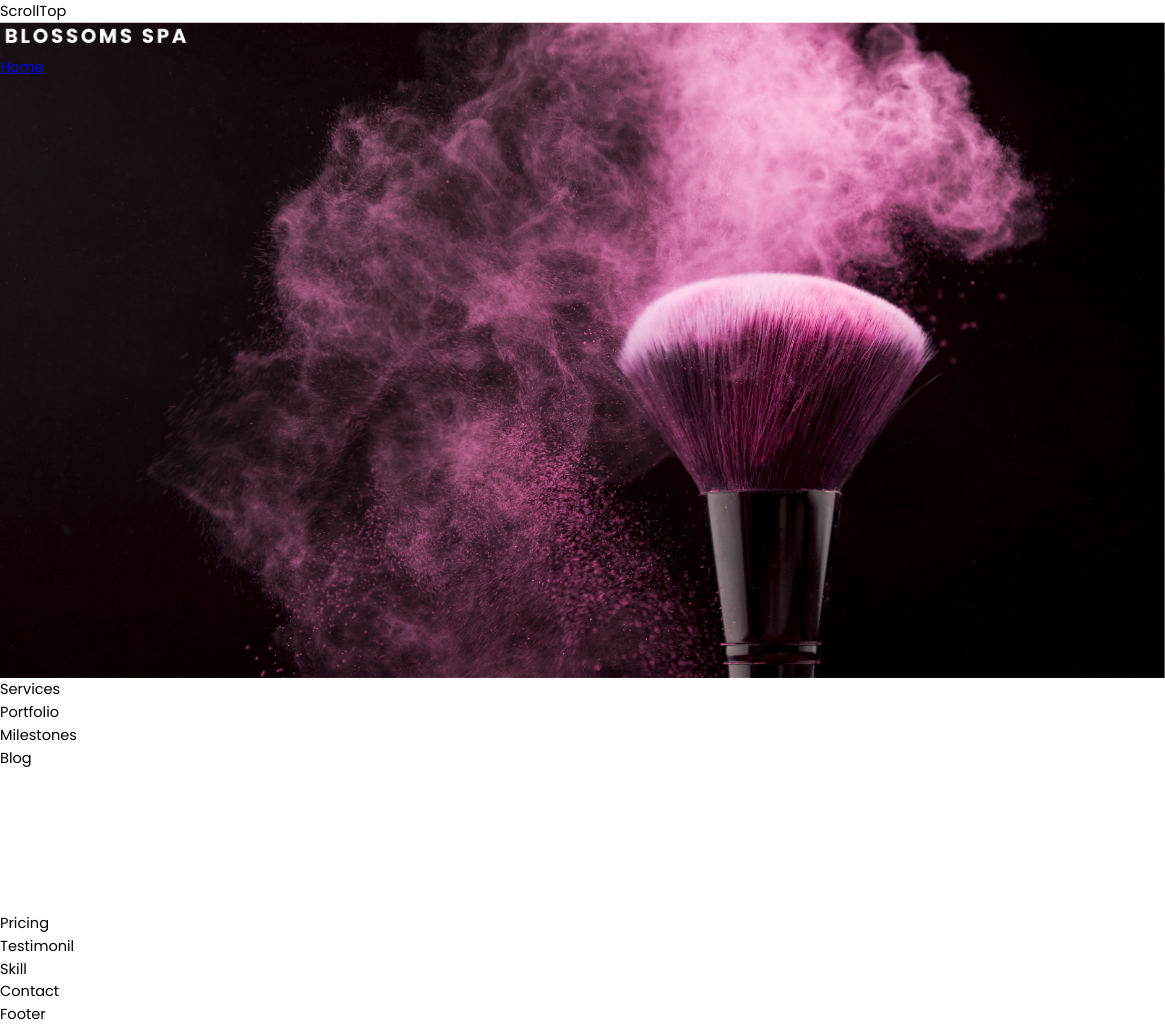
Repository: OmniaRafat232111121/animateSalon
Page: /
These files come from the project's save history. The page is drawn as it stood at one moment and after a run of saves; the edit follows.
The browser window is 1280 px wide. The pictures show the whole page, at 91% of full size.
The project was rebuilt for these pictures with package versions that can differ from the ones it lists, and the page was loaded fresh each time.

Above is the page before, as saved 2022-07-26 00:31:37.

After the next 4 saves:
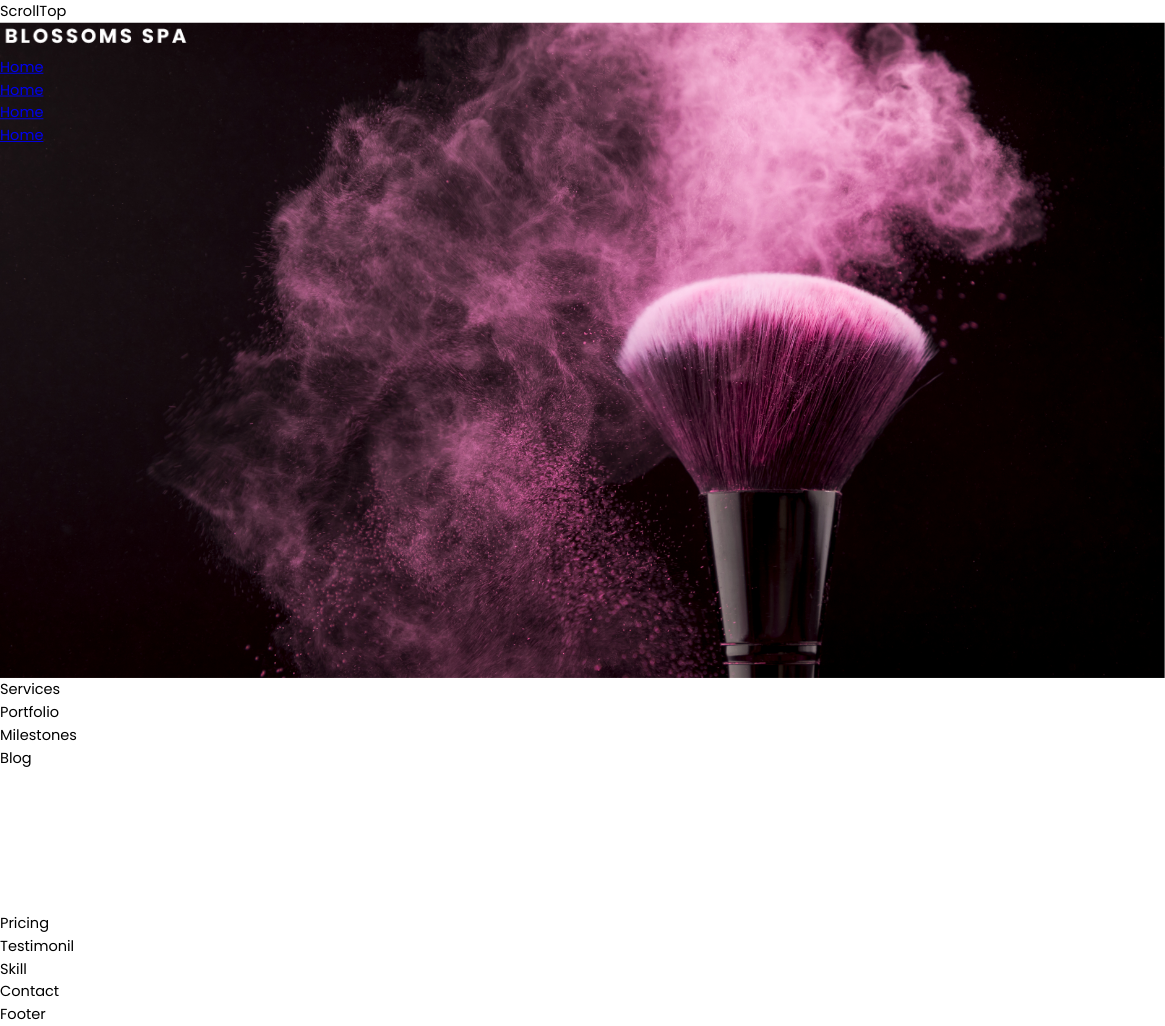
The 4 saves are shown as one change because they came seconds apart.
The last was saved 18 s later.
--- a/src/components/Navbar.jsx
+++ b/src/components/Navbar.jsx
@@ -17,6 +17,15 @@ const {isNavOpen,setIsNavOpen}=useState(false);
  <li className="active">
  <a href="#home">Home</a>
  </li>
+ <li className="active">
+ <a href="#home">Home</a>
+ </li>
+ <li className="active">
+ <a href="#home">Home</a>
+ </li>
+ <li className="active">
+ <a href="#home">Home</a>
+ </li>
  </ul>
  </div>
 </div>
